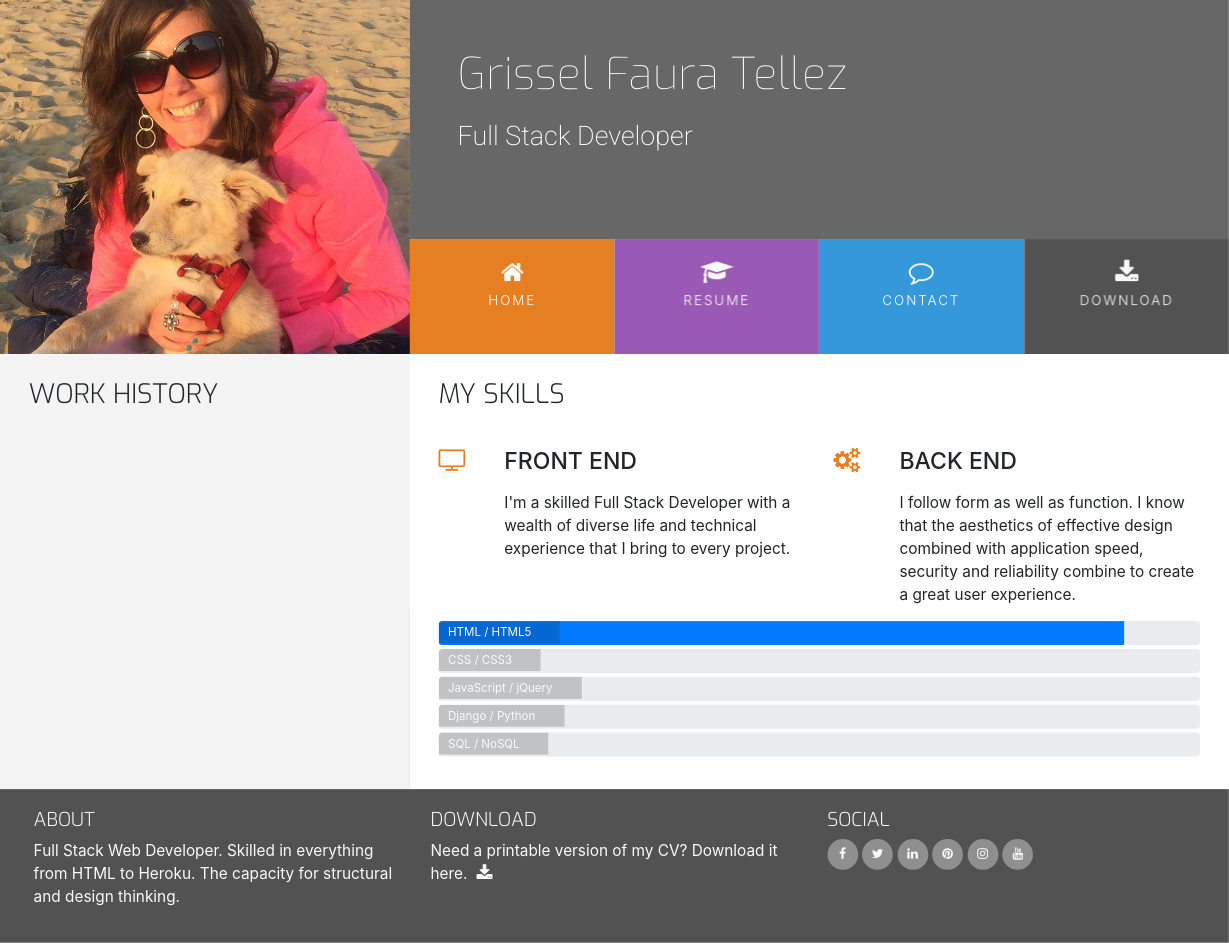
Repository: grisselfaura/Resume-Project-Introduction
Page: resume.html
The author's editor kept a record of every edit. The page is drawn from the files as they stood at one moment, then again after the next edit.
The browser window is 1280 px wide. The pictures show the whole page, at 96% of full size.

Above is the page before.

After the next edit:
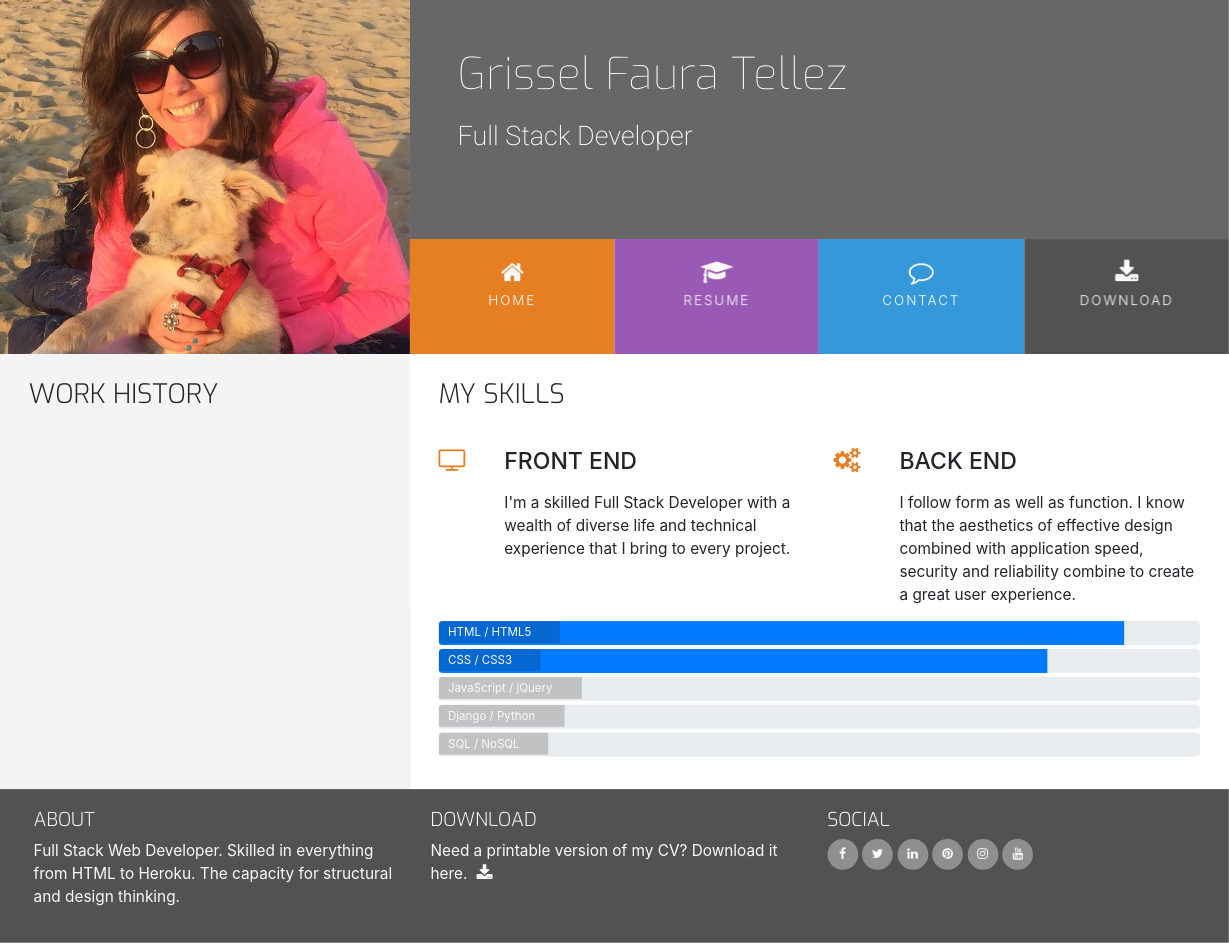
The edit:
--- a/resume.html
+++ b/resume.html
@@ -94,7 +94,7 @@
                             <span class="progress-type">HTML / HTML5</span>
                         </div>
                         <div class="progress">
-                            <div class="progress-bar bg-sucess" role="progressbar" aria-valuenow="80" aria-valuemin="0" aria-valuemax="100" style:"width:80%;">
+                            <div class="progress-bar bg-sucess" role="progressbar" aria-valuenow="80" aria-valuemin="0" aria-valuemax="100" style="width:80%;">
                                 <span class="sr-only">80% complete</span>
                             </div>
                             <span class="progress-type">CSS / CSS3</span>
